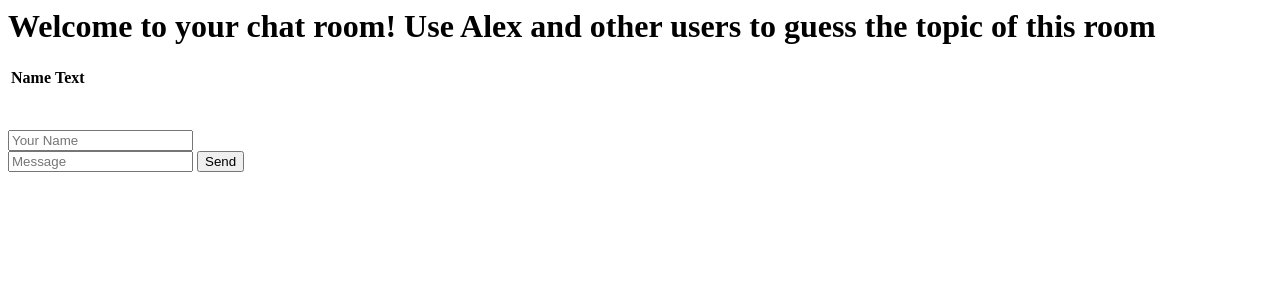
Repository: benhandanyan/474chatroomapp
Page: client/chatroom.html
The author's editor kept a record of every edit. The page is drawn from the files as they stood at one moment, then again after the next edit.
The browser window is 1280 px wide. The pictures show the whole page.

Above is the page before.

After the next edit:
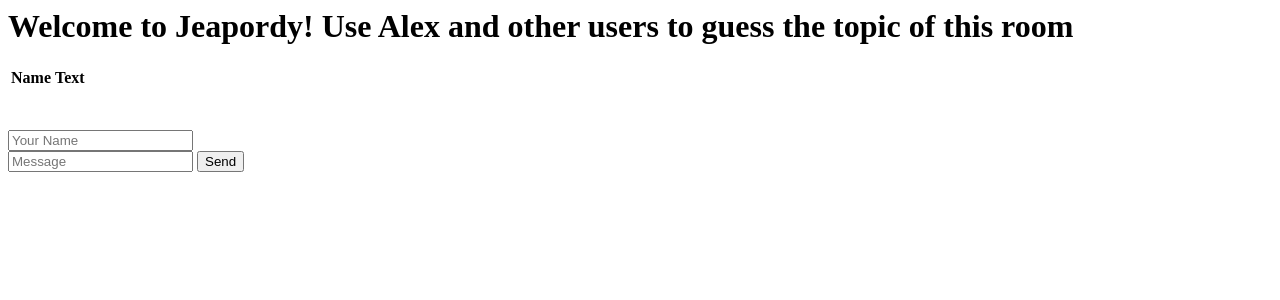
The edit:
--- a/client/chatroom.html
+++ b/client/chatroom.html
@@ -1,6 +1,6 @@
 <div>
   <div>
-    <h1>Welcome to your chat room! Use Alex and other users to guess the topic of this room</h1>
+    <h1>Welcome to Jeapordy! Use Alex and other users to guess the topic of this room</h1>
   </div>
   <div>
     <table>
